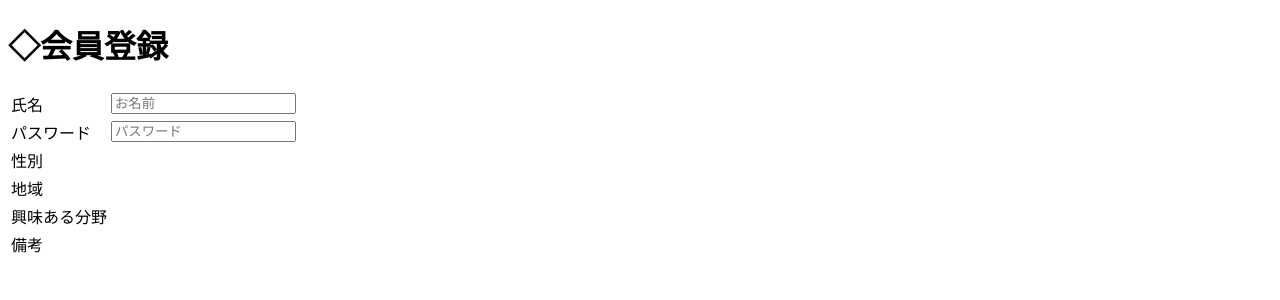
Repository: hideck/STSWorkspace
Page: Registration/src/main/resources/static/input.html
The author's editor kept a copy of each file at every save. The page is drawn from the files as they stood at one save, then again after the next save.
The browser window is 1280 px wide. The pictures show the whole page.

Above is the page before, as saved 2022-06-22 12:27:55.

After the next save:
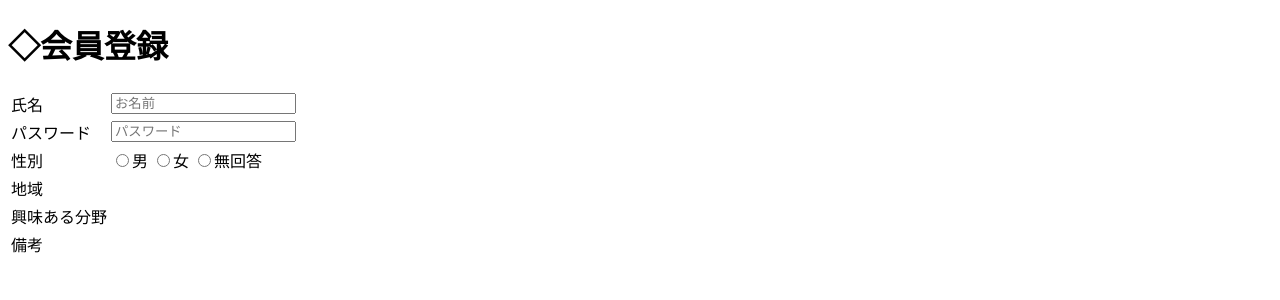
Saved 9 min 35 s later.
--- a/Registration/src/main/resources/static/input.html
+++ b/Registration/src/main/resources/static/input.html
@@ -17,7 +17,9 @@
 		</tr>
 		<tr>
 			<td>性別</td>
-			<td></td>
+			<td><input type="radio" name="gender" id="1" />男
+			<input type="radio" name="gender" id="2" />女
+			<input type="radio" name="gender" id="3" />無回答</td>
 		</tr>
 		<tr>
 			<td>地域</td>
